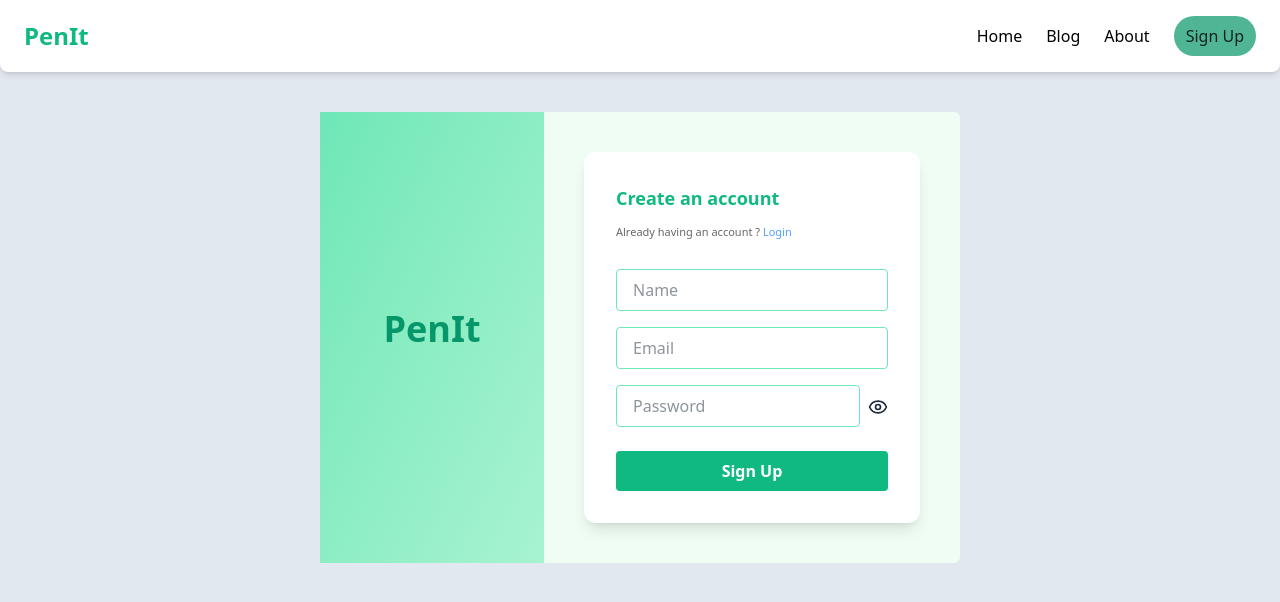
Repository: Mounika-chukkala/PenIt
Page: /signup (app in frontend/)
The author's editor kept a copy of each file at every save. The page is drawn from the files as they stood at one save, then again after a run of saves.
The browser window is 1280 px wide. The pictures show the whole page.
The project was rebuilt for these pictures with package versions that can differ from the ones it lists, and the page was loaded fresh each time. Also part of the build but not shown: frontend/vite.config.js, frontend/src/Pages/Signin.jsx, frontend/src/components/CreateBlog.jsx, frontend/src/Pages/AddBlog.jsx.

Above is the page before, as saved 2025-05-23 14:12:47.

### frontend/src/main.jsx
import { StrictMode } from 'react'
import { createRoot } from 'react-dom/client'
import './index.css'
import { Toaster } from 'react-hot-toast'
// import {BrowserRouter} from "react-router-dom"
import { BrowserRouter } from 'react-router-dom'
import App from './App.jsx'

createRoot(document.getElementById('root')).render(
  <StrictMode>
    <BrowserRouter>
    {/* <Toaster> */}

    <App />
    {/* </Toaster> */}
    </BrowserRouter>
  </StrictMode>,
)

### frontend/src/index.css
@import "tailwindcss";




/* :root {
  font-family: system-ui, Avenir, Helvetica, Arial, sans-serif;
  line-height: 1.5;
   font-weight: 400;

  color-scheme: light dark;
  color: rgba(255, 255, 255, 0.87);
  background-color: #242424;

  font-synthesis: none;
  text-rendering: optimizeLegibility;
  -webkit-font-smoothing: antialiased;
  -moz-osx-font-smoothing: grayscale;
}

a {
  font-weight: 500;
  color: #646cff;
  text-decoration: inherit;
}
a:hover {
  color: #535bf2;
}

body {
  margin: 0;
  display: flex;
  place-items: center;
  min-width: 320px;
  min-height: 100vh;
}

h1 {
  font-size: 3.2em;
  line-height: 1.1;
}

button {
  border-radius: 8px;
  border: 1px solid transparent;
  padding: 0.6em 1.2em;
  font-size: 1em;
  font-weight: 500;
  font-family: inherit;
  background-color: #1a1a1a;
  cursor: pointer;
  transition: border-color 0.25s;
}
button:hover {
  border-color: #646cff;
}
button:focus,
button:focus-visible {
  outline: 4px auto -webkit-focus-ring-color;
}

@media (prefers-color-scheme: light) {
  :root {
    color: #213547;
    background-color: #ffffff;
  }
  a:hover {
    color: #747bff;
  }
  button {
    background-color: #f9f9f9;
  }
} */

### frontend/src/App.jsx
import { useState } from 'react'
import { Route, Routes } from 'react-router-dom'
// import './App.css'
import Signin from './Pages/Signin'
import Signup from './Pages/Signup'
import Navbar from './components/Navbar'
// import Layout from "./Pages/Layout"
import CreateBlog from './components/CreateBlog'
import AddBlog from './Pages/AddBlog'
function App() {

  return (
    <div className="bg-slate-200 w-screen h-screen ">

  <Routes>
    <Route path="/" element={<Navbar/>}>
        <Route path="/signin" element={<Signin/>}></Route>
    <Route path="/signup" element={<Signup/>}></Route>
    <Route path="/create-blog" element={<CreateBlog/>}></Route>
        <Route path="/add-blog" element={<AddBlog/>}></Route>

    {/* <Route path="/search-blog" element={}></Route> */}
    {/* <Route path="*" element={}></Route> */}
    </Route>

  </Routes>
      </div>

  )
}

export default App

### frontend/src/Pages/Signup.jsx
import { useState } from "react";
import { Eye,EyeOff } from "lucide-react";
import toast from "react-hot-toast";
import { Link } from "react-router-dom";
function Signup() {
  const [userData, setUserData] = useState({
    name: "",
    email: "",
    password: "",
  });
const [isVisible,setVisible]=useState(false)
  async function handleRegister() {
    console.log("hello")
    let data = await fetch("http://localhost:3000/api/v1/signup", {
      method: "POST",
      body: JSON.stringify(userData),
      headers: {
        "Content-Type": "application/json",
      },
    });

    let res = await data.json();
    console.log(res)
alert(res.message)
    if(!res.success){
        toast.error(res.message);

    }
    else{
        toast.success(res.message);
        localStorage.setItem("User",JSON.stringify(res.user));
    }
  }

  return (
        <div className="max-h-screen max-w-[50%] rounded-md m-auto mt-10 flex bg-[#F0FDF4] text-[#1E293B]">
      {/* Left side visual placeholder */}
      <div className="hidden md:flex w-1/2  flex flex-col justify-center items-center p-10 bg-gradient-to-br from-[#6EE7B7] to-[#A7F3D0]">
        <h1 className=" text-4xl font-bold text-[#059669] mb-4">PenIt</h1>
        {/* <p className="text-xl text-[#1E293B] text-center">
          Express your thoughts with style.<br /> A clean and calm blogging space.
        </p> */}
      </div>

      {/* Right side sign up form */}
      <div className=" w-full md-w-1/2 flex justify-center items-center p-10">
        <div className="bg-white p-8 rounded-xl shadow-lg w-full max-w-md">
          <h2 className="text-lg md-text-2xl font-bold mb-3 text-[#10B981]">Create an account</h2>

<p className="text-[11px] md-text-[12px] text-black/60 mb-3">Already having an account ? <Link to="/login"><span className="text-blue-400">Login</span></Link></p>
         <form className="">
          <input
            className="w-full my-4 px-4 py-2 border border-[#6EE7B7] rounded focus:outline-none focus:ring-2 focus:ring-[#10B981]"
            type="text"
            placeholder="Name"
            onChange={(e) => setUserData({ ...userData, name: e.target.value })}
          />
          <input
            className="w-full mb-4 px-4 py-2 border border-[#6EE7B7] rounded focus:outline-none focus:ring-2 focus:ring-[#10B981]"
            type="email"
            placeholder="Email"
            onChange={(e) => setUserData({ ...userData, email: e.target.value })}
          />
          {/* <input
            className="w-full mb-6 px-4 py-2 border border-[#6EE7B7] rounded focus:outline-none focus:ring-2 focus:ring-[#10B981]"
            type="password"
            placeholder="Password"
            onChange={(e) => setUserData({ ...userData, password: e.target.value })}
          /> */}

                            <div className="w-full flex gap-2">
                       <input
                        className="w-[90%] mb-6 px-4 py-2 border border-[#6EE7B7] rounded focus:outline-none focus:ring-2 focus:ring-[#10B981]"
                        type={isVisible?"text":"password" }
                        placeholder="Password"
                        onChange={(e) => setUserData({ ...userData, password: e.target.value })}
                      />
                       <div  className="pt-3" onClick={()=>setVisible(!isVisible)}>
             {isVisible ? <EyeOff size={20} /> : <Eye size={20} />}
                       </div>
                       </div>
          <button
            onClick={handleRegister}
            className="w-full bg-[#10B981] hover:bg-[#059669] text-white py-2 rounded font-semibold transition duration-200"
          >
            Sign Up
          </button>
          </form>
        </div>
      </div>
    </div>

  );
}

export default Signup;

### frontend/src/components/Navbar.jsx
import React, { useEffect, useState } from "react";
import { Link } from "react-router-dom";
import { Outlet } from "react-router-dom";
export default function Navbar() {
  const [isLogged, setLogged] = useState(false);
  const item = localStorage.getItem("User");
  useEffect(()=>{
  if (item!=null) {
    setLogged(true);
  }
},isLogged)
  return (
    <>
    <nav className="bg-white shadow-md px-6 py-4 flex justify-between items-center rounded-b-lg">
      <h1 className="text-2xl font-bold text-[#10B981]">PenIt</h1>
      <ul className="flex space-x-6 font-medium">
        <li className="hover:text-[#059669] pt-2 cursor-pointer">Home</li>
        <li className="hover:text-[#059669] pt-2 cursor-pointer">Blog</li>
        <li className="hover:text-[#059669] pt-2 cursor-pointer">About</li>
        <Link to="/signup">
        <li className="bg-[#059669]/70 rounded-3xl px-3 py-2 text-black/80 transform hover:scale-120 transition duration-300 ease-in-out  hover:text-white cursor-pointer">
{/* {isLogged?"Log out":"Sign up"} */}
    Sign Up
          </li>
        </Link>
      </ul>
    </nav>
    <Outlet/>
        </>

  );
}

Loaded but not shown: frontend/index.html (common file)

After the next 2 saves:
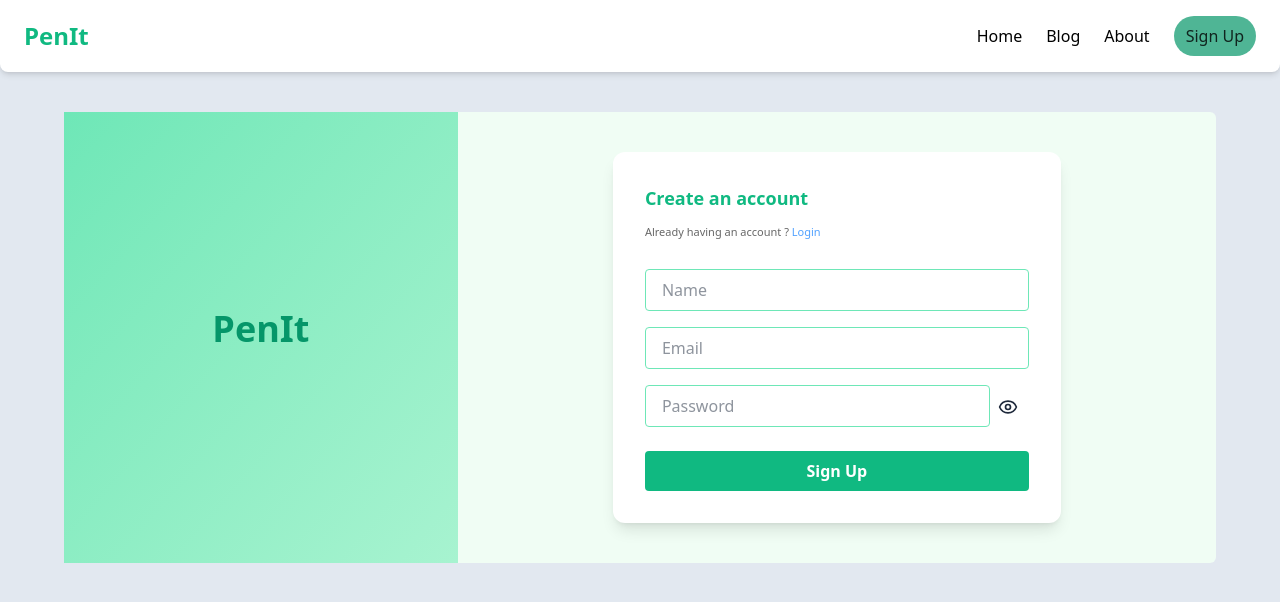
The 2 saves are shown as one change because they came seconds apart.
The last was saved 9 s later.
--- a/frontend/src/Pages/Signup.jsx
+++ b/frontend/src/Pages/Signup.jsx
@@ -33,7 +33,7 @@ alert(res.message)
   }
 
   return (
-        <div className="max-h-screen max-w-[50%] rounded-md m-auto mt-10 flex bg-[#F0FDF4] text-[#1E293B]">
+        <div className="max-h-screen max-w-[90%] rounded-md m-auto mt-10 flex bg-[#F0FDF4] text-[#1E293B]">
       {/* Left side visual placeholder */}
       <div className="hidden md:flex w-1/2  flex flex-col justify-center items-center p-10 bg-gradient-to-br from-[#6EE7B7] to-[#A7F3D0]">
         <h1 className=" text-4xl font-bold text-[#059669] mb-4">PenIt</h1>
